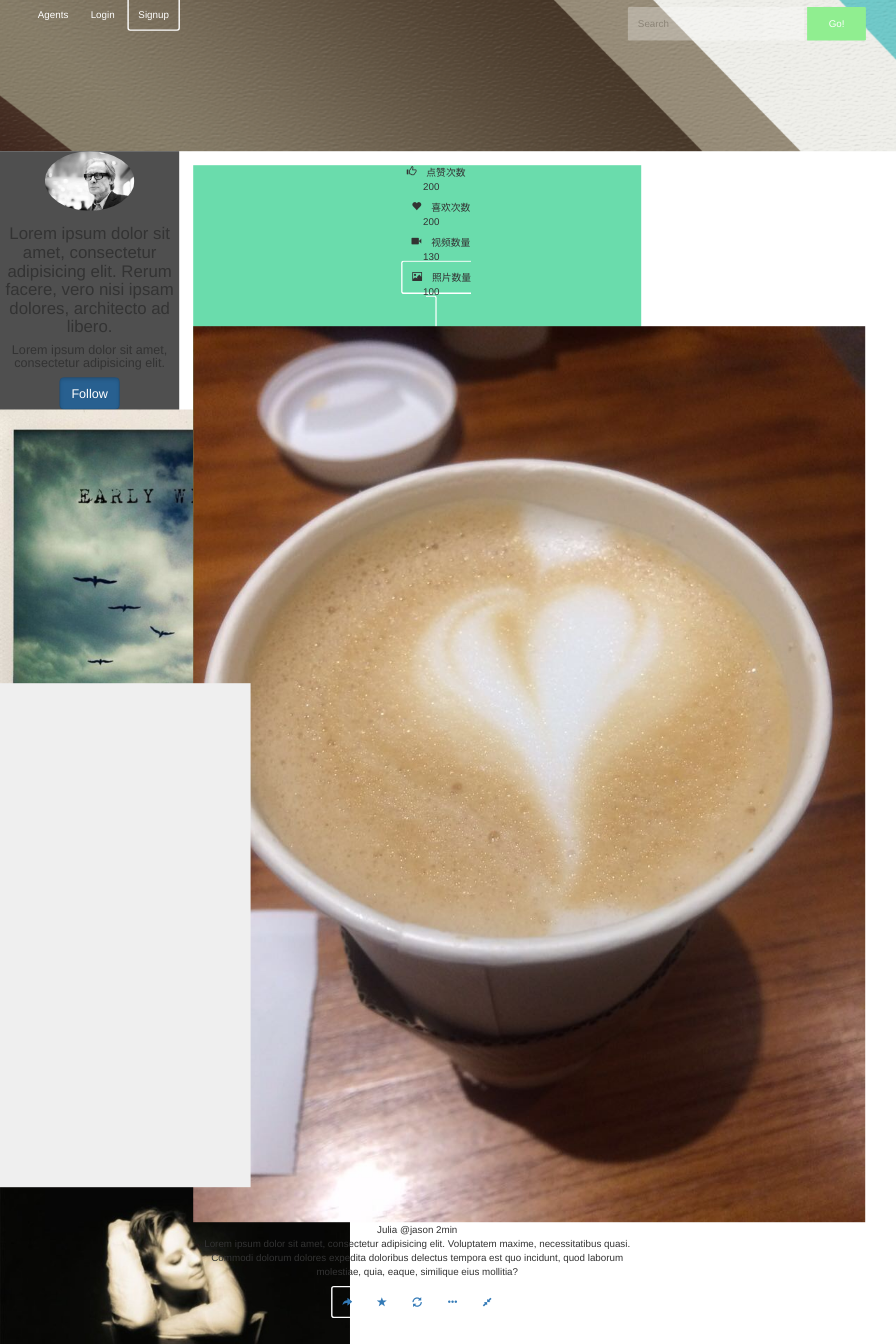
Repository: JasonBour/Beautypedia
Page: http://localhost/profile.php
An editor plug-in stored every save of this project. The page is shown before and after the next save, followed by the edit.
The browser window is 1280 px wide. The pictures show the part of the page from y = 0 to 1920 px (the page is 4585 px tall), at 70% of full size.
The page is run by PHP 8.4 with error messages shown; the project is at /var/www/html/.

Above is the page before, as saved 2015-09-16 12:54:55.

After the next save:
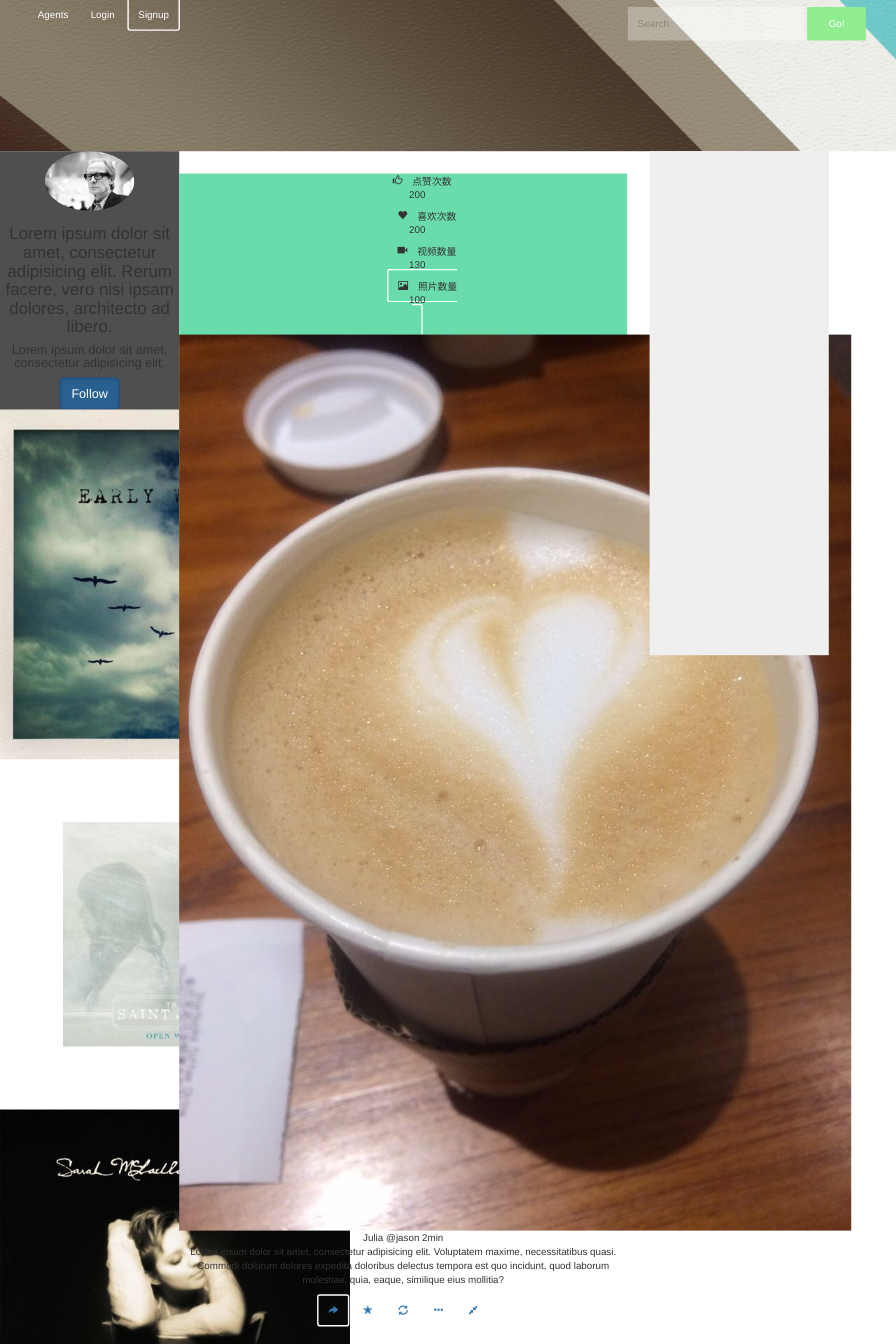
Saved 49 s later.
--- a/Beautypedia/css/profile.css
+++ b/Beautypedia/css/profile.css
@@ -47,7 +47,7 @@ div.left-profile{
 }
 
 div.center-news{
-	margin:20px 20px 20px;
+	margin:2.5% 2.5% 2.5% 0;
 	float:left;
     display:inline;
     width:50%;
@@ -57,7 +57,7 @@ div.center-news{
 
 div.news{
 	float:left;
-  width:28%;
+  width:20%;
 	height:100%;
 	background-color:#efefef;
 }
